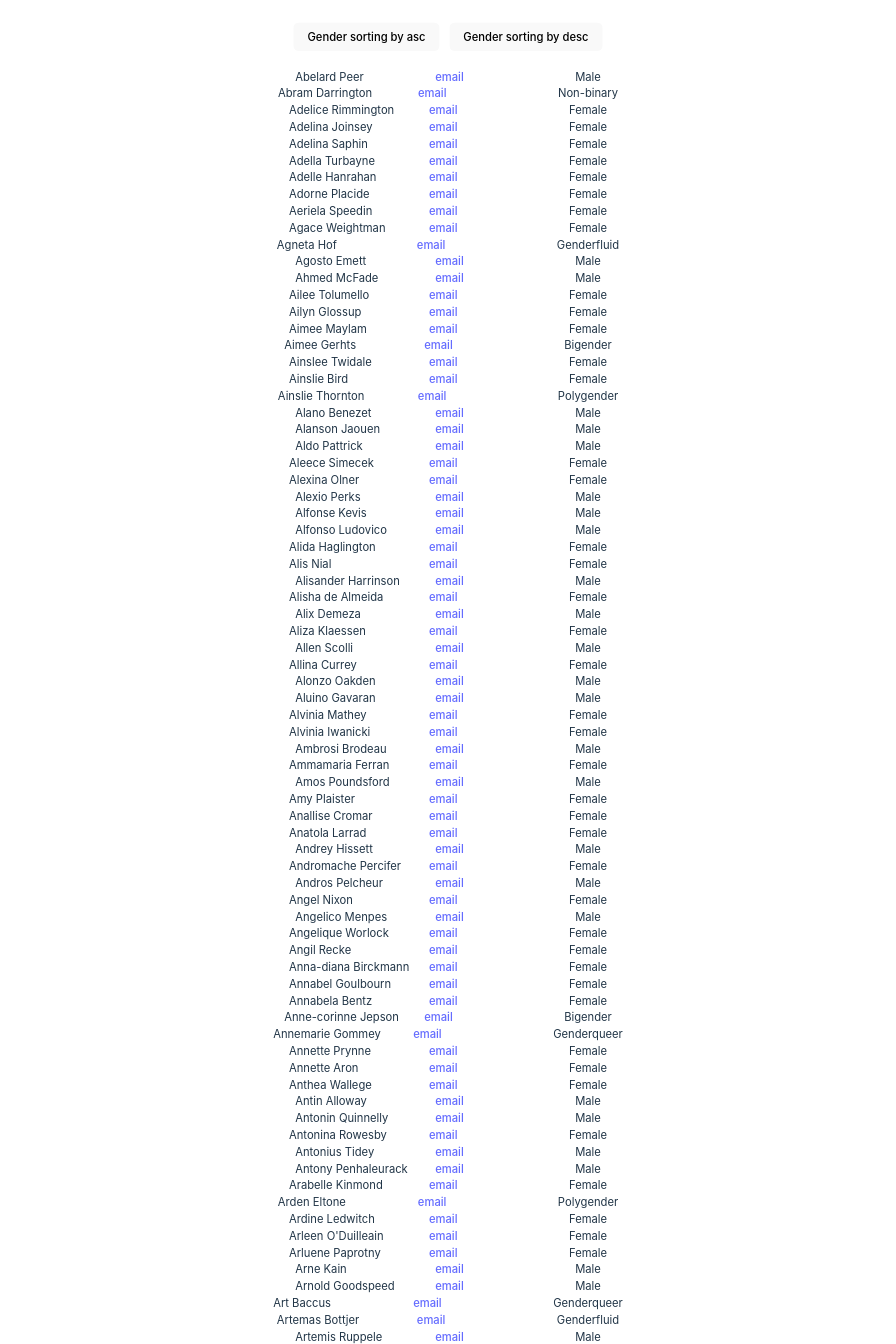
Repository: Kainar9292/sorting
Page: /
The author's editor kept a copy of each file at every save. The page is drawn from the files as they stood at one save, then again after the next save.
The browser window is 1280 px wide. The pictures show the part of the page from y = 0 to 1920 px (the page is 24129 px tall), at 70% of full size.
The project was rebuilt for these pictures with package versions that can differ from the ones it lists, and the page was loaded fresh each time. Also part of the build but not shown: vite.config.js.

Above is the page before, as saved 2022-10-29 15:19:17.

### src/style.css
:root {
  font-family: Inter, Avenir, Helvetica, Arial, sans-serif;
  font-size: 16px;
  line-height: 24px;
  font-weight: 400;

  color-scheme: light dark;
  color: rgba(255, 255, 255, 0.87);
  background-color: #242424;

  font-synthesis: none;
  text-rendering: optimizeLegibility;
  -webkit-font-smoothing: antialiased;
  -moz-osx-font-smoothing: grayscale;
  -webkit-text-size-adjust: 100%;
}

a {
  font-weight: 500;
  color: #646cff;
  text-decoration: inherit;
}
a:hover {
  color: #535bf2;
}

a {
  font-weight: 500;
  color: #646cff;
  text-decoration: inherit;
}
a:hover {
  color: #535bf2;
}

body {
  margin: 0;
  display: flex;
  place-items: center;
  min-width: 320px;
  min-height: 100vh;
}

h1 {
  font-size: 3.2em;
  line-height: 1.1;
}

button {
  border-radius: 8px;
  border: 1px solid transparent;
  padding: 0.6em 1.2em;
  font-size: 1em;
  font-weight: 500;
  font-family: inherit;
  background-color: #1a1a1a;
  cursor: pointer;
  transition: border-color 0.25s;
}
button:hover {
  border-color: #646cff;
}
button:focus,
button:focus-visible {
  outline: 4px auto -webkit-focus-ring-color;
}

.card {
  padding: 2em;
}

#app {
  max-width: 1280px;
  margin: 0 auto;
  padding: 2rem;
  text-align: center;
}

@media (prefers-color-scheme: light) {
  :root {
    color: #213547;
    background-color: #ffffff;
  }
  a:hover {
    color: #747bff;
  }
  button {
    background-color: #f9f9f9;
  }
}

.users {
  display: flex;
  flex-direction: column;
}

.users_item {
  display: flex;
  width: 1000px;
  justify-content: center;
}

.users_item-name {
  display: flex;
  flex-basis: 200px;
}

.users_item-email {
  display: flex;
  flex-basis: 200px;
}

### src/App.vue
<template>
  <Users/>
</template>

<script setup>
import Users from './components/Users.vue'
</script>

### src/components/Users.vue
<template>
  <button @click="sortingByField('gender')">Gender sorting by asc</button>
  &nbsp;
  <button @click="sortingByField('gender', 'desc')">
    Gender sorting by desc
  </button>

  <br />
  <br />
  <div class="users">
    <div class="users_item" v-for="item in state.users">
      <div class="users_item-name">{{ item.first_name }} {{ item.last_name }}</div>
      <a class="users_item-email" href="mailto:{{item.email}}">email</a>
      <div>{{ item.gender }}</div>
      <!-- <br />
      <br /> -->
    </div>
  </div>
</template>

<script setup>
import { reactive } from 'vue';
import { users } from '../service/getUsers';

const state = reactive({
  users: [],
});

state.users = users;

function sortingByField(sortedField, sordetType) {
  state.users = state.users.sort((a, b) => {
    if (sordetType === 'desc') {
      return a[sortedField] < b[sortedField] ? 1 : -1;
    } else {
      return a[sortedField] > b[sortedField] ? 1 : -1;
    }
  });
}

sortingByField('first_name');
</script>

Loaded but not shown: index.html (common file); src/main.js (common file); src/service/getUsers.js (1000 lines, source omitted)

After the next save:
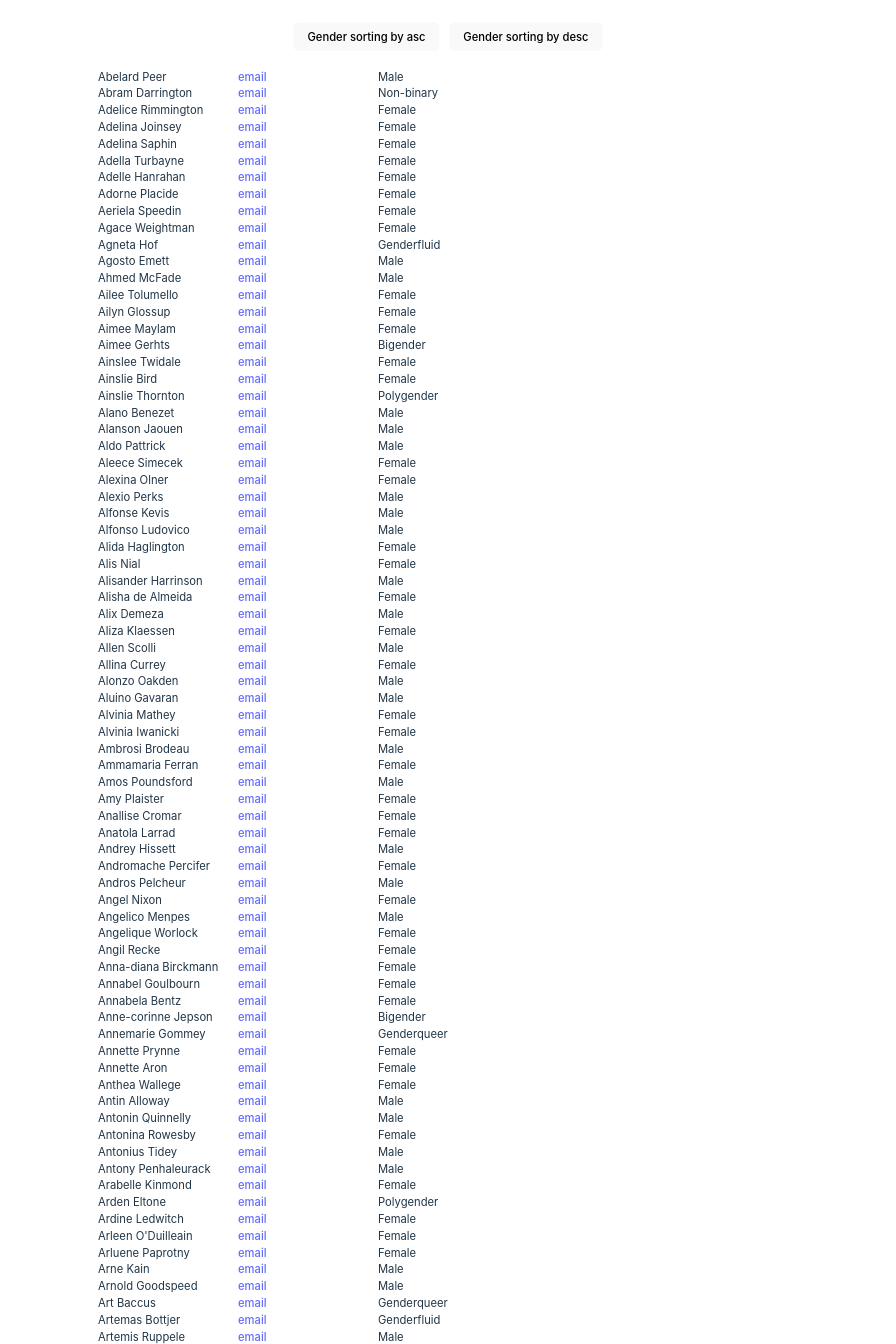
Saved 11 s later.
--- a/src/style.css
+++ b/src/style.css
@@ -97,7 +97,7 @@ button:focus-visible {
 .users_item {
   display: flex;
   width: 1000px;
-  justify-content: center;
+  justify-content: flex-start;
 }
 
 .users_item-name {
